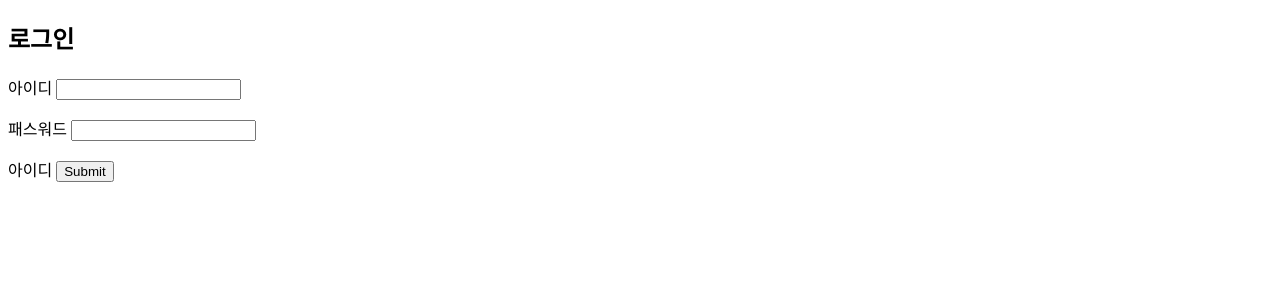
Repository: kiyongee2/space_jspworks
Page: http://localhost/jweb01/cart/loginForm.jsp
The author's editor kept a copy of each file at every save. The page is drawn from the files as they stood at one save, then again after the next save.
The browser window is 1280 px wide. The pictures show the whole page.
The page is served by Tomcat 10. Other server files are loaded and not shown.

Above is the page before, as saved 2025-10-13 01:55:55.

### jweb01/src/main/webapp/cart/loginForm.jsp
<%@ page language="java" contentType="text/html; charset=UTF-8"
    pageEncoding="UTF-8"%>
<!DOCTYPE html>
<html>
<head>
<meta charset="UTF-8">
<title>로그인 폼</title>
</head>
<body>
	<h2>로그인</h2>
	<form action="session01_process.jsp" method="post">
		<p>아이디 <input type="text" name="id"></p>
		<p>패스워드 <input type="password" name="passwd"></p>
		<p>아이디 <input type="submit" name="로그인"></p>
	</form>
</body>
</html>

After the next save:
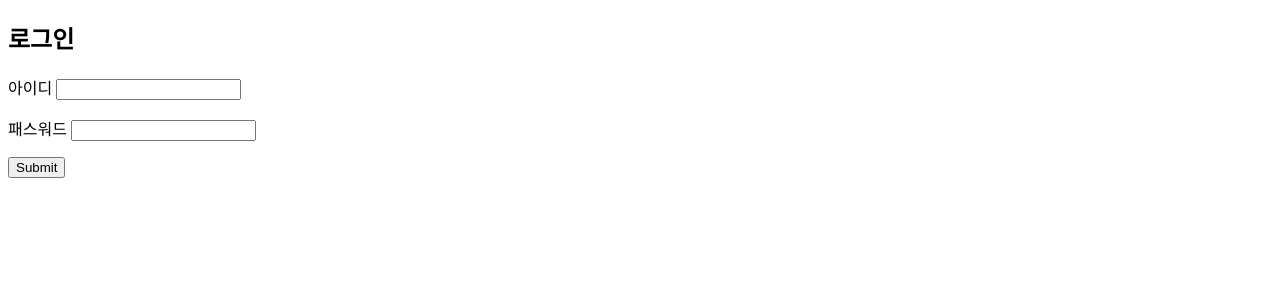
Saved 65 s later.
--- a/jweb01/src/main/webapp/cart/loginForm.jsp
+++ b/jweb01/src/main/webapp/cart/loginForm.jsp
@@ -11,7 +11,7 @@
 	<form action="session01_process.jsp" method="post">
 		<p>아이디 <input type="text" name="id"></p>
 		<p>패스워드 <input type="password" name="passwd"></p>
-		<p>아이디 <input type="submit" name="로그인"></p>
+		<p><input type="submit" name="로그인"></p>
 	</form>
 </body>
 </html>
